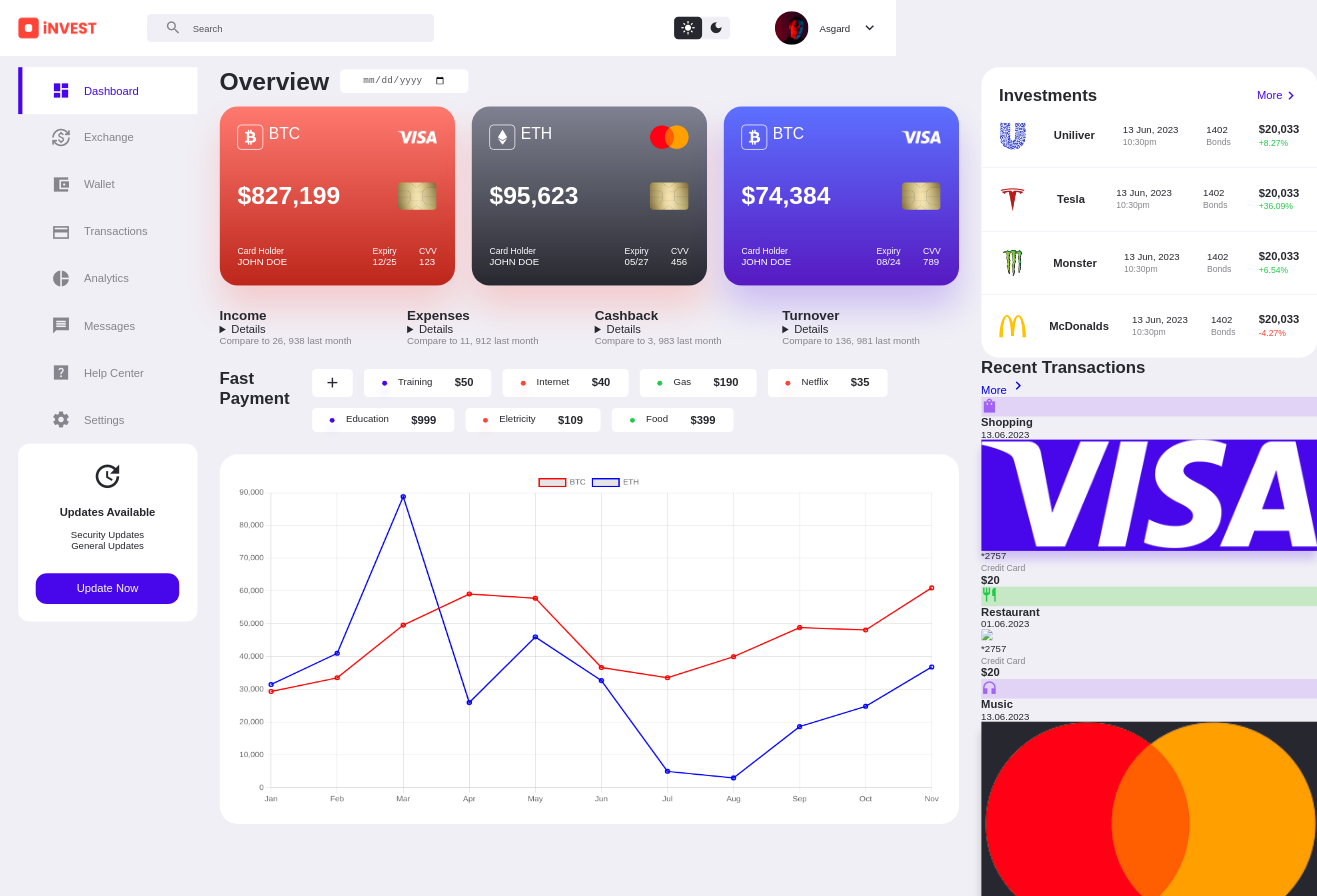
Repository: eziocdl/Admin_Dash
Page: index.html
The author's editor kept a copy of each file at every save. The page is drawn from the files as they stood at one save, then again after the next save.
The browser window is 1280 px wide. The page is 1882 px wide, so the pictures cover 1882 px, including what lies to the right of the window. The pictures show the part of the page from y = 0 to 1280 px (the page is 2255 px tall), at 70% of full size.
Some web libraries are served in a nearby version.

Above is the page before, as saved 2023-06-15 13:39:52.
Not found: images/master.png

After the next save:
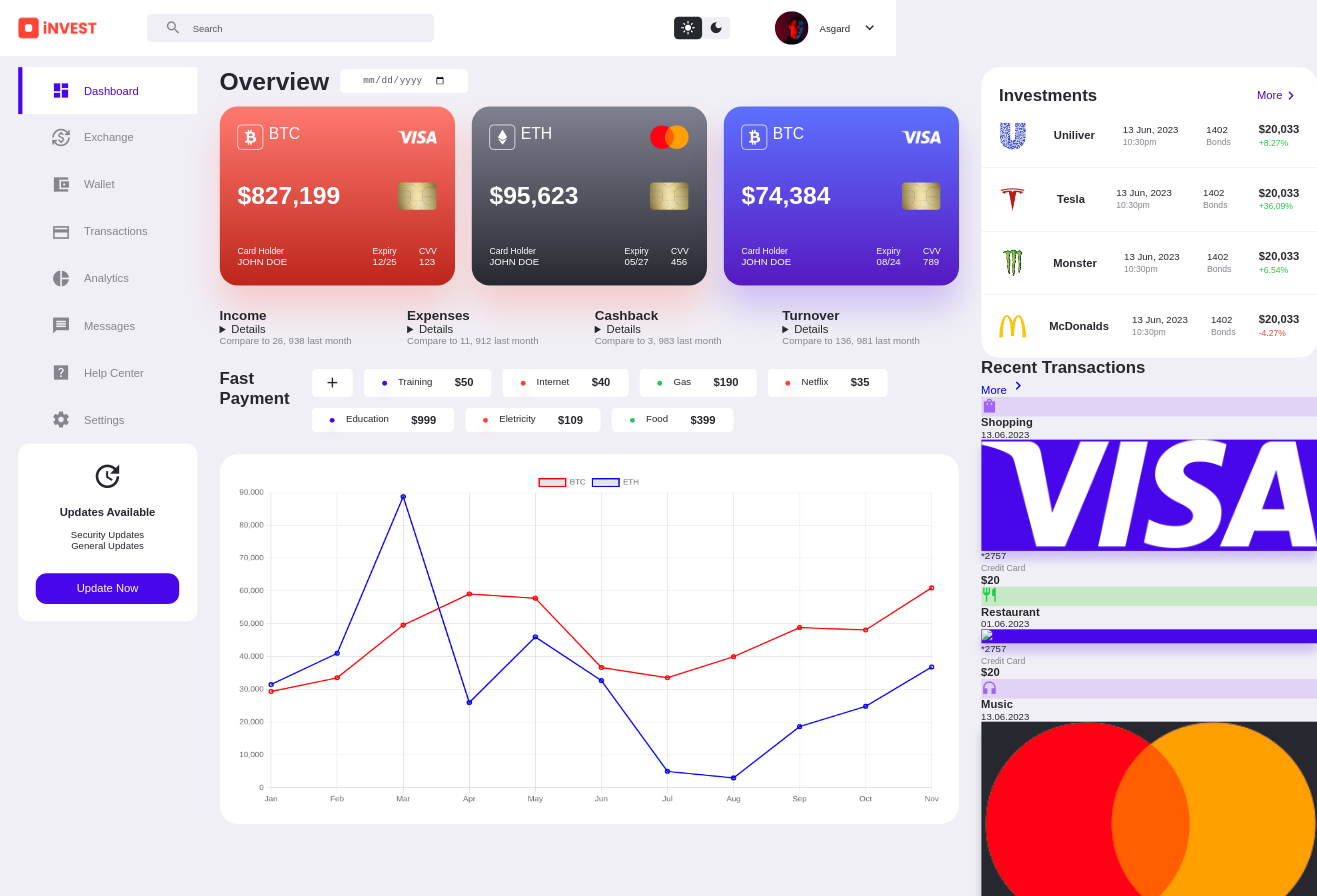
Saved 11 s later.
--- a/index.html
+++ b/index.html
@@ -458,7 +458,7 @@
                         </div>
                     </div>
                     <div class="card-details">
-                        <div class="card bg-black">
+                        <div class="card bg-primary">
                             <img src="./images/master.png">
                         </div>
                         <div class="details">
